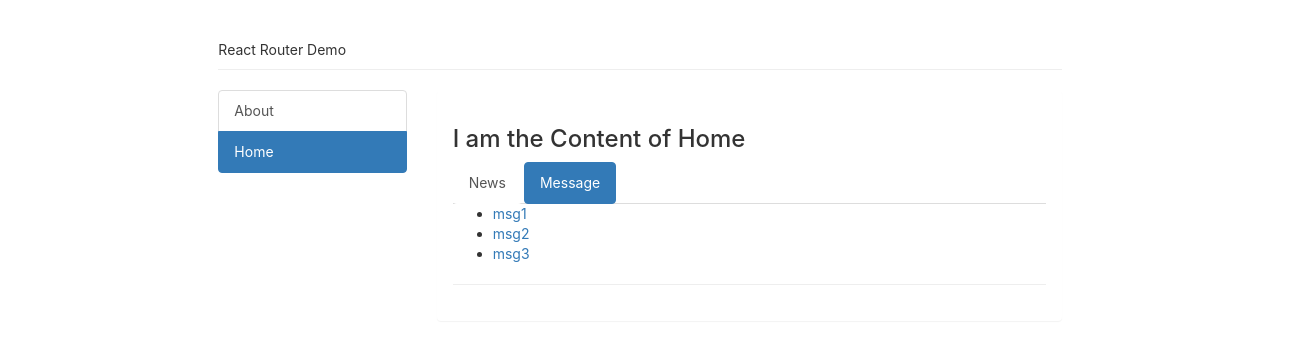
Repository: wenxi0504/Pubsub220113
Page: /home/message (app in githubsearch/)
The author's editor kept a copy of each file at every save. The page is drawn from the files as they stood at one save, then again after the next save.
The browser window is 1280 px wide. The page is 1295 px wide, so the pictures cover 1295 px, including what lies to the right of the window. The pictures show the whole page.
The project was rebuilt for these pictures with package versions that can differ from the ones it lists, and the page was loaded fresh each time. Also part of the build but not shown: githubsearch/src/pages/Home/Message/Details/index.jsx, githubsearch/src/pages/About/index.js. Imported but missing from the stored project, and not drawn on this page: githubsearch/src/pages/Home/News/index.

Above is the page before, as saved 2022-01-17 23:24:23.

After the next save:
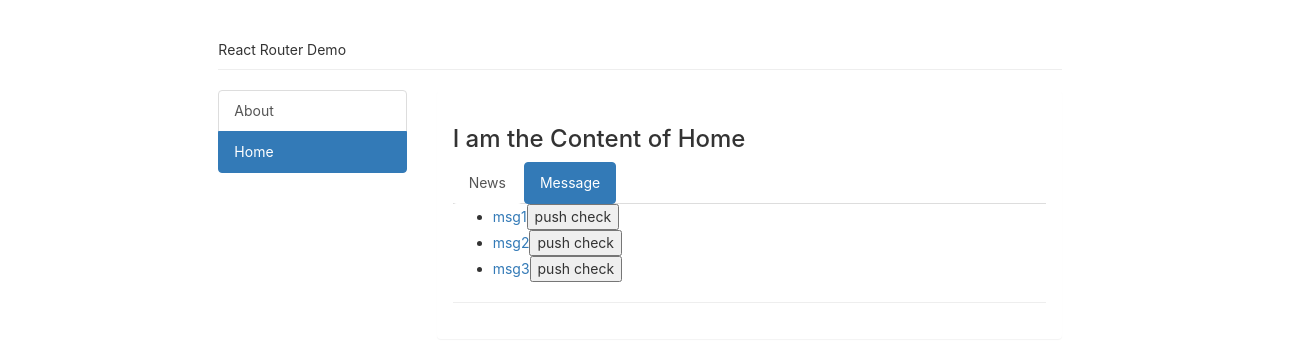
Saved 21 h 42 min later.
--- a/githubsearch/src/pages/Home/Message/index.jsx
+++ b/githubsearch/src/pages/Home/Message/index.jsx
@@ -18,9 +18,11 @@ export default class Message extends Component {
         <ul>
           {messageArr.map((msgObj) => {
             return (
+
               <li key={msgObj.id}>
                 {/* pass params to route component */}
                 <Link to={`/home/message/details/${msgObj.id}/${msgObj.title}`}>{msgObj.title}</Link>
+                <button>push check</button>
               </li>
             );
           })}
